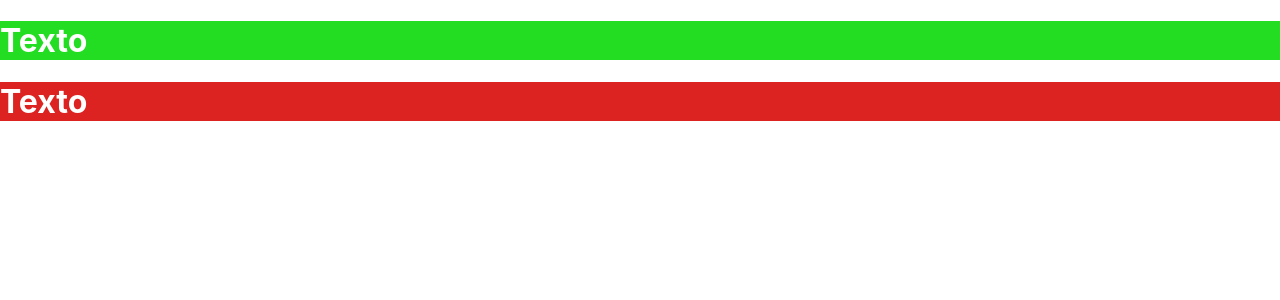
Repository: Mira757/capacitacao-React-Next.js-basico
Page: /css/usandoEstilo
These files come from the project's save history. The page is drawn as it stood at one moment and after the next save; the edit follows.
The browser window is 1280 px wide. The pictures show the whole page.
The project was rebuilt for these pictures with package versions that can differ from the ones it lists, and the page was loaded fresh each time. The framework's server and built-in components were replaced by stand-ins that run in the browser. Also part of the build but not shown: next.config.js, pages/css/integracao1.css.

Above is the page before, as saved 2022-03-10 01:57:58.

After the next save:
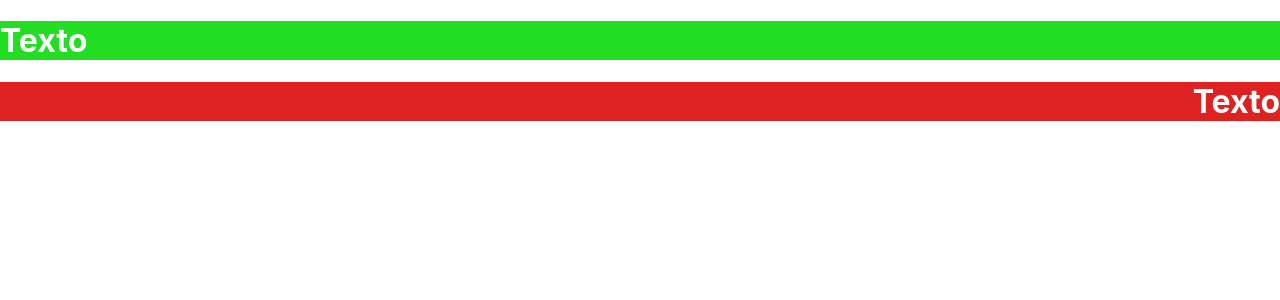
Saved 2 min 23 s later.
--- a/componentes/Estilo.jsx
+++ b/componentes/Estilo.jsx
@@ -4,7 +4,7 @@ export default function Estilo(props) {
       <h1 style={{
         backgroundColor: props.numero >= 0 ? "#2d2" : "#D22",
         color: "#fff",
-        textAlign: props.alinhar ? "right" : "left"
+        textAlign: props.direita ? "right" : "left"
       }}>
         Texto
       </h1>
